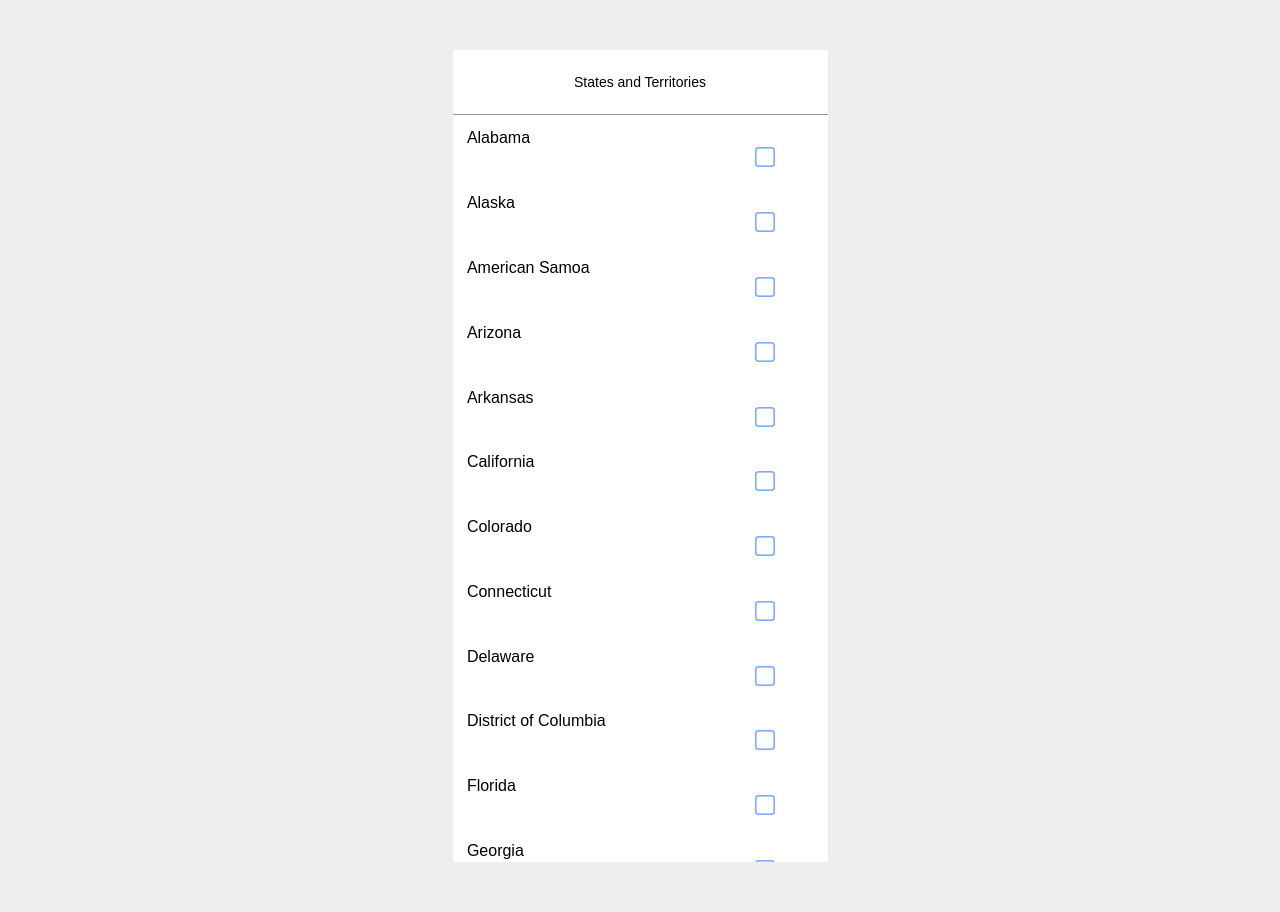
Repository: zitac234/codingTest
Page: /
An editor plug-in stored every save of this project. The page is shown before and after the next save, followed by the edit.
The browser window is 1280 px wide. The pictures show the whole page.
The project was rebuilt for these pictures with package versions that can differ from the ones it lists, and the page was loaded fresh each time.

Above is the page before, as saved 2021-03-31 15:11:42.

After the next save:
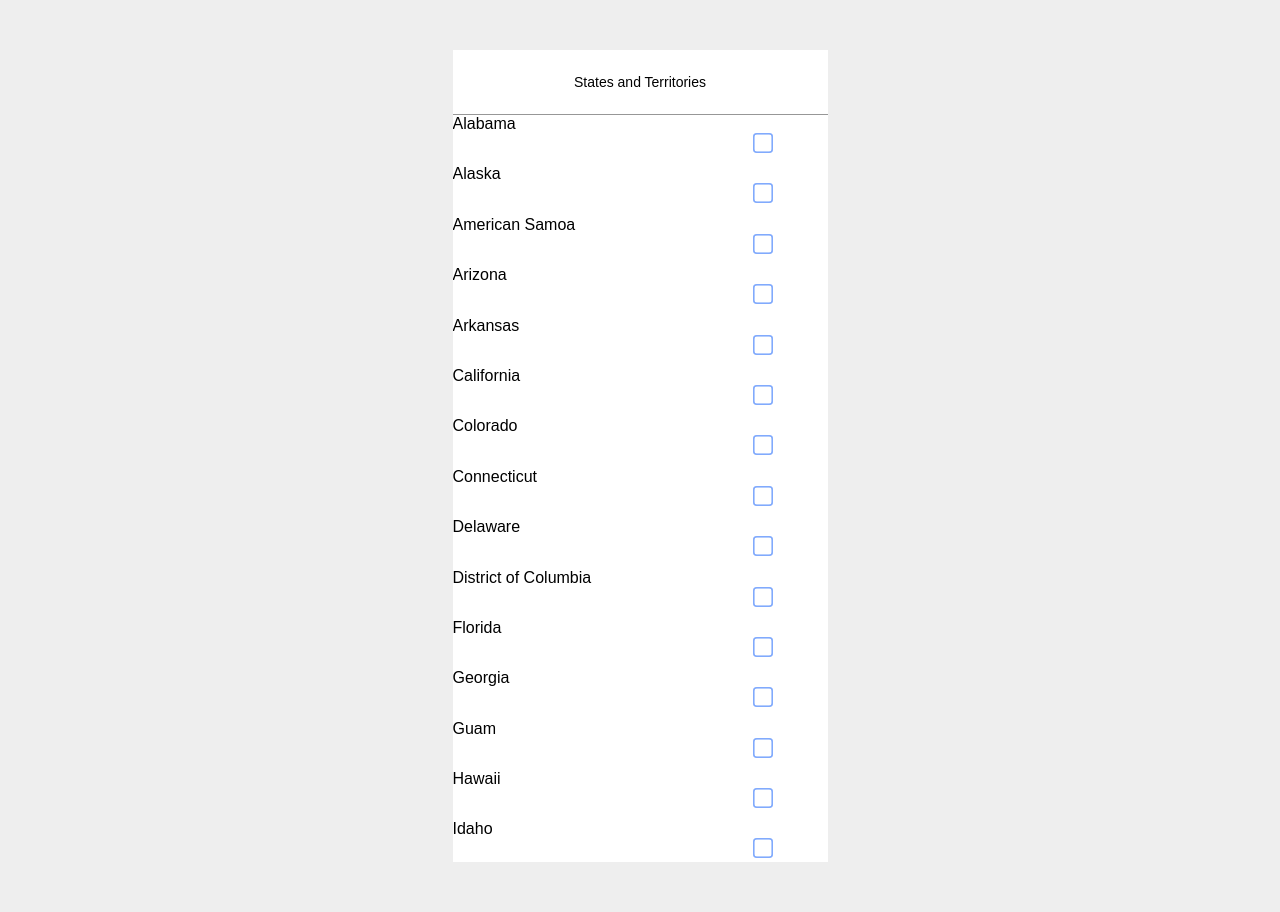
Saved 83 s later.
--- a/src/List.css
+++ b/src/List.css
@@ -4,7 +4,7 @@
 }
 .state{
   height: 7vh;
-  margin: 2vh 0vh  0vh 2vh;
+  /* margin: 2vh 0vh  0vh 2vh; */
 }
 .checkbox{
   margin-left: 80%;
